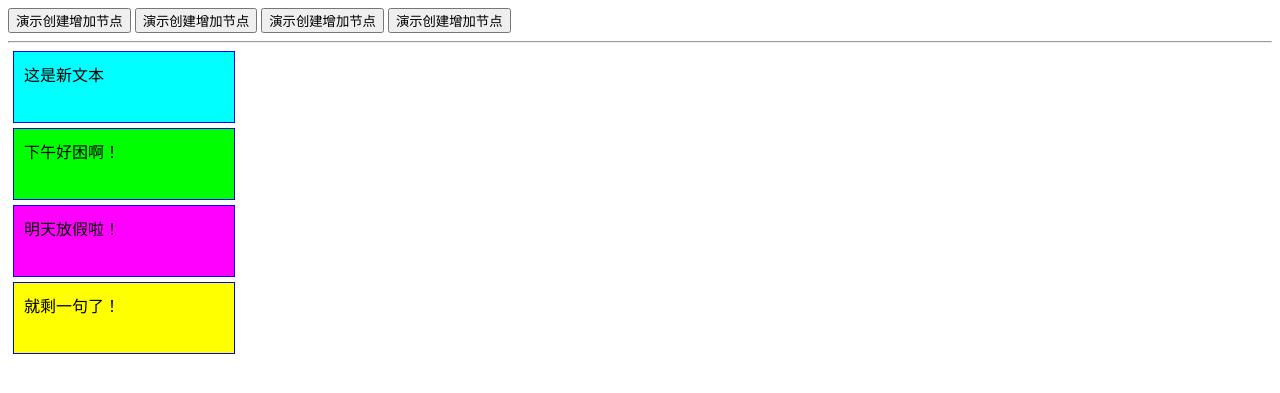
Repository: tangchengjingwen/javaLearningCode
Page: javaLearningCode/day31_html/crud_node.html
An editor plug-in stored every save of this project. The page is shown before and after the next save, followed by the edit.
The browser window is 1280 px wide. The pictures show the whole page.
After loading, the first visible `input` was clicked once.

Above is the page before, as saved 2012-05-15 05:56:31.

### javaLearningCode/day31_html/crud_node.html
<!DOCTYPE HTML PUBLIC "-//W3C//DTD HTML 4.01//EN" "http://www.w3.org/TR/html4/strict.dtd">
<html>
    <head>
        <meta http-equiv="Content-Type" content="text/html; charset=GBK">
        <title>Untitled Document</title>
        <style type="text/css">
            div {
                border: #0000ff 1px solid;
                width: 200px;
                height: 50px;
				margin:5px;
				padding:10px;
            }
			#div_1{background-color:#00ffff;}
			#div_2{background-color:#00ff00;}
			#div_3{background-color:#ff00ff;}
			#div_4{background-color:#ffff00;}
        </style>
    </head>
    <body>

		<script type="text/javascript">
			//创建并添加节点。需求：在div_1中加入内部文字。
			function crtAddNode(){

				//1，创建文本节点。通过document的createTextNode方法。
				var textNode = document.createTextNode("这是新文本");
				//2，获取div_1节点。
				var divNode = document.getElementById("div_1");

				//3，使用div_1节点的方法完成文件节点的添加。 appendChild
				divNode.appendChild(textNode);


			}

		</script>
    	<input type="button" value="演示创建增加节点" onclick="crtAddNode()" />
    	<input type="button" value="演示创建增加节点" onclick="crtAddNode()" />
    	<input type="button" value="演示创建增加节点" onclick="crtAddNode()" />
    	<input type="button" value="演示创建增加节点" onclick="crtAddNode()" />
		<hr/>
        <div id="div_1">
        </div>
        <div id="div_2">
            下午好困啊！
        </div>
        <div id="div_3">
            明天放假啦！
        </div>
        <div id="div_4">
            就剩一句了！
        </div>
    </body>
</html>

After the next save:
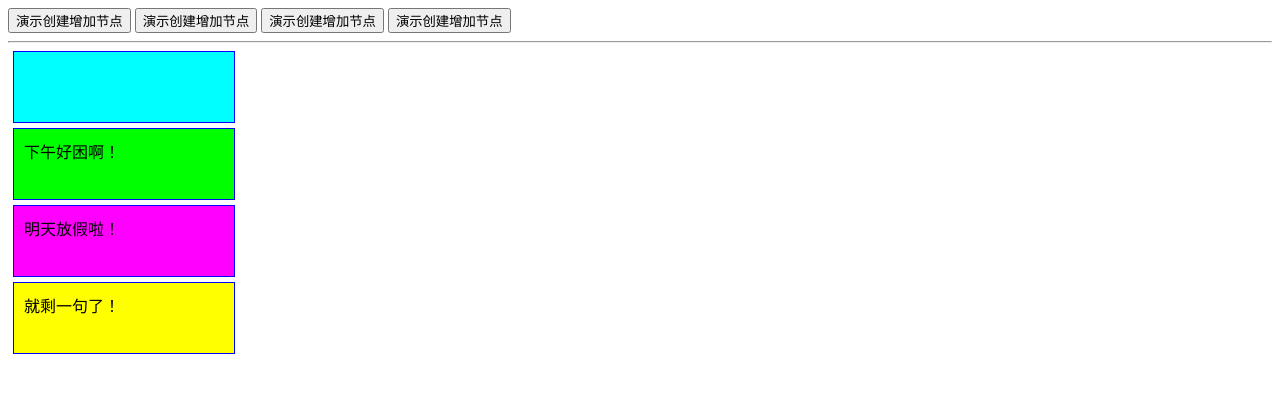
Console error: ReferenceError: textNode is not defined
Saved 69 s later.
--- a/javaLearningCode/day31_html/crud_node.html
+++ b/javaLearningCode/day31_html/crud_node.html
@@ -24,12 +24,17 @@
 			function crtAddNode(){
 
 				//1，创建文本节点。通过document的createTextNode方法。
-				var textNode = document.createTextNode("这是新文本");
+//				var textNode = document.createTextNode("这是新文本");
 				//2，获取div_1节点。
 				var divNode = document.getElementById("div_1");
 
 				//3，使用div_1节点的方法完成文件节点的添加。 appendChild
 				divNode.appendChild(textNode);
+
+
+
+				//需求：添加一个按钮。
+				//1,创建一个按钮。
 
 
 			}
